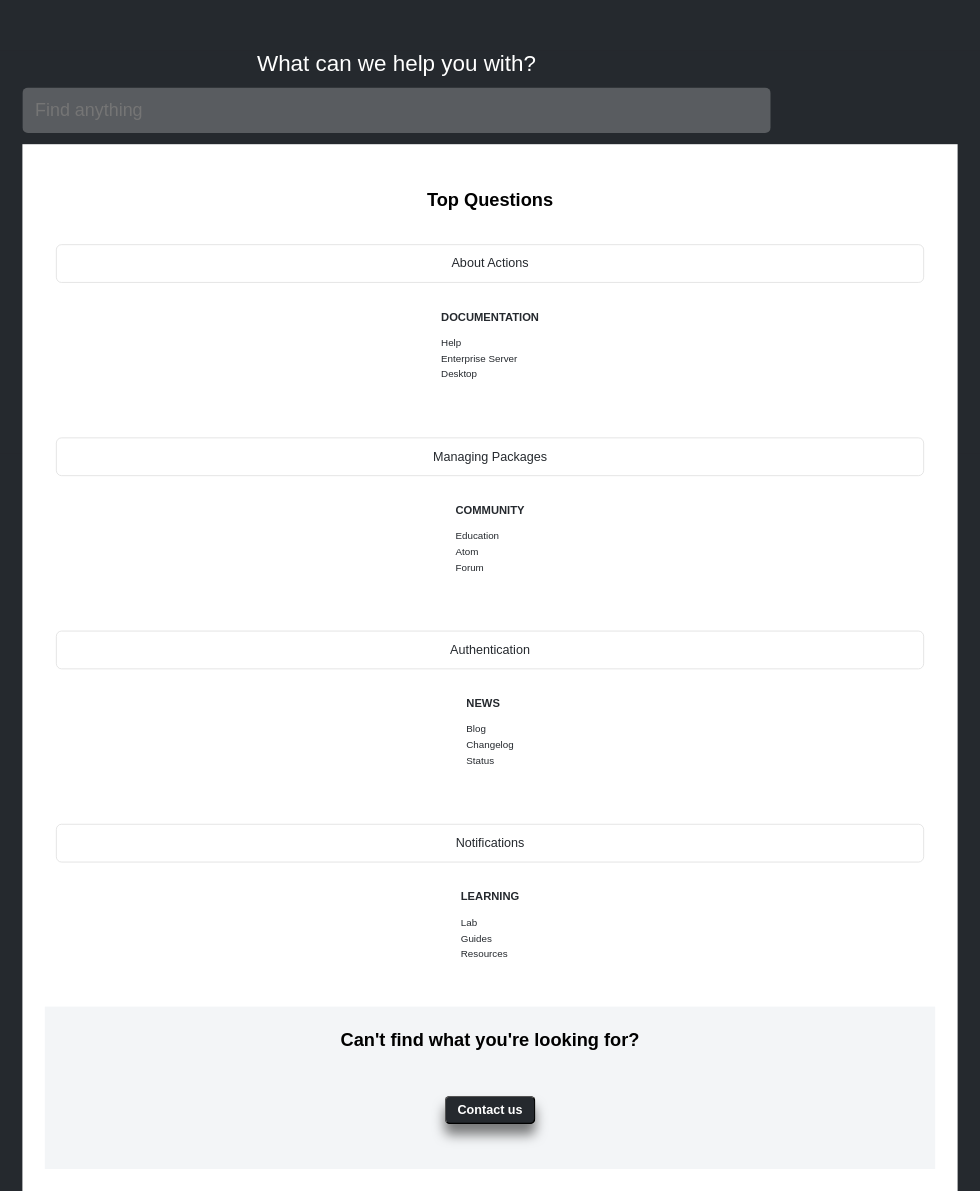
Repository: Hcmwebs/Help-Center-UI-
Page: index.html
An editor plug-in stored every save of this project. The page is shown before and after the next save, followed by the edit.
The browser window is 1280 px wide. The page is 1400 px wide, so the pictures cover 1400 px, including what lies to the right of the window. The pictures show the whole page, at 70% of full size.
The style sheet was rebuilt from its Sass, Less or Tailwind sources for each picture, by a compiler version that may differ from the author's.

Above is the page before, as saved 2020-08-26 01:25:26.

### index.html
<!DOCTYPE html>
<html lang="en">
<head>
    <meta charset="UTF-8">
    <meta name="viewport" content="width=device-width, initial-scale=1.0">
    <link rel="stylesheet" href="css/styles.min.css">
    <title>Help Center</title>
</head>
<body>
    <div class="container">
        <header>
            <h1>What can we help  you with?</h1>
            <input type="search"
            id="search"
            placeholder="Find anything">
        </header>


        <!-- *******card****** -->
        <div class="card">
            <!--****card-header**** -->
            <h2> Top Questions</h2>

            <!--****card-body**** -->

            <div class="card-item">
                <div class="card-item-head">
                    <h3>About Actions</h3>
                </div>
                <div class="card-item-body">
                    <h4>documentation</h4>
                    <ul>
                        <li>Help</li>
                        <li>Enterprise Server</li>
                        <li>Desktop</li>
                    </ul>
                </div>
            </div>

            <div class="card-item">
                <div class="card-item-head">
                    <h3>Managing Packages</h3>
                </div>
                <div class="card-item-body">
                    <h4>Community</h4>
                    <ul>
                        <li>Education</li>
                        <li>Atom</li>
                        <li>Forum</li>
                    </ul>
                </div>
            </div>

            <div class="card-item">
                <div class="card-item-head">
                    <h3>Authentication</h3>
                </div>
                <div class="card-item-body">
                    <h4>news</h4>
                    <ul>
                        <li>Blog</li>
                        <li>Changelog</li>
                        <li>Status</li>
                    </ul>
                </div>
            </div>

            <div class="card-item">
                <div class="card-item-head">
                    <h3>Notifications</h3>
                </div>
                <div class="card-item-body">
                    <h4>Learning</h4>
                    <ul>
                        <li>Lab</li>
                        <li>Guides</li>
                        <li>Resources</li>
                    </ul>
                </div>
            </div>


            <!--****card--footer**** -->
            <div class="card-footer">
                <h2>Can't find what you're looking for? </h2>
                <button class="btn-primary">Contact us</button>
            </div>

        </div>
    </div>
</body>
</html>

### scss/styles.scss

@import'config';
@import'utilities';

*{
    margin: 0;
    padding: 0;
    box-sizing: border-box;
}

body{
    font-family: $font-stack;
    font-size: 10px;
    background-color:$bg-color;
    display: grid;
    place-items: center;
    height: 100vh;
    width: 100%;
}
h1{
    font-size: 32px;
    font-weight: 500;
    margin-bottom: 1rem;
    color: $primary-color;
}

h2{
    text-align: center;
    font-size: 26px;
    margin: 1rem 0;
    padding: 1rem;
}
header{
    text-align: center;
    margin-bottom: 1rem;

    input{
        font-size: 1.6rem;
        width: 100%;
        padding: 1rem;
        color:$primary-color;
        background-color:rgba(255,255,255,0.24);
        border: 2px solid transparent;
        border-radius: 0.5rem;
        transition: all 0.75s ease-in;

        input:placeholder{
            width: 80%;
            margin: 0 auto;
            text-align: center;
        }

    }
    input:hover{
        border-color: $border-color;
    }

}
.card{
    width: 100%;
    background-color: #fff;
    padding: 2rem;

    &-item{
        width: 100%;
        margin-bottom: 2rem;
        text-align: center;
        display: grid;
        grid-template-columns: 1fr;
        gap: 0.5rem;
        padding: 1rem;


        &-head{
            padding: 1rem;
            border: 1px solid $border-color;
            border-radius: 0.5rem;


            h3{
                font-size: 18px;
                font-weight: normal;
                text-align: center;
                color: $bg-color;
            }
        }

        &-body{
            margin: 0 auto;
            padding: 1rem;

            h4{

                font-size: 16px;
                font-weight: bold;
                text-align: justify;
                text-transform: uppercase;
                color: $bg-color;
                padding: 1rem 0;
            }

            ul{
                list-style: none;
                margin: 0;
                padding: 0;


                li{
                    font-size: 14px;
                    font-weight: normal;
                    color: $bg-color;
                    padding:0.2rem 0;
                    text-align: justify;
                    text-transform: capitalize;

                }
            }


        }
    }

    &-footer{
        width: 100%;
        background-color:$footer-bg-color;
        display: flex;
        flex-direction: column;
        justify-content: center;
        align-items: center;
        padding-bottom: 2rem;

        button{
            font-size: 18px;
            font-weight: bold;
            margin: 2rem;
            padding: 0.5rem 1rem;
            border-radius: 0.5rem;
            color:$primary-color;
            background-color:$bg-color;
            box-shadow:0 15px 17px $btn-shadow-color ;
        }
    }
}

@import'medias';

@media(min-width:700px){
    .container{
        width: 1400px;
        height: 80vh;

        header{
            width:80%;
        }

    }

}

### scss/config.scss
$font-stack:'IBM Plex Sans', sans-serif;
$bg-color:rgba(37,41,46,1.0);
$primary-color:rgba(255,255,255,1);
$border-color:rgba(218,218,218,1);
$footer-bg-color:rgba(243,245,247,1);
$btn-shadow-color: rgba(0,0,0,0.5);

### scss/_utilities.scss

.container{
    width: 100%;
    padding: 0 2rem ;
    background-color:$bg-color;

}

Loaded but not shown: scss/_medias.scss (no stored copy; drawn as an empty file)

After the next save:
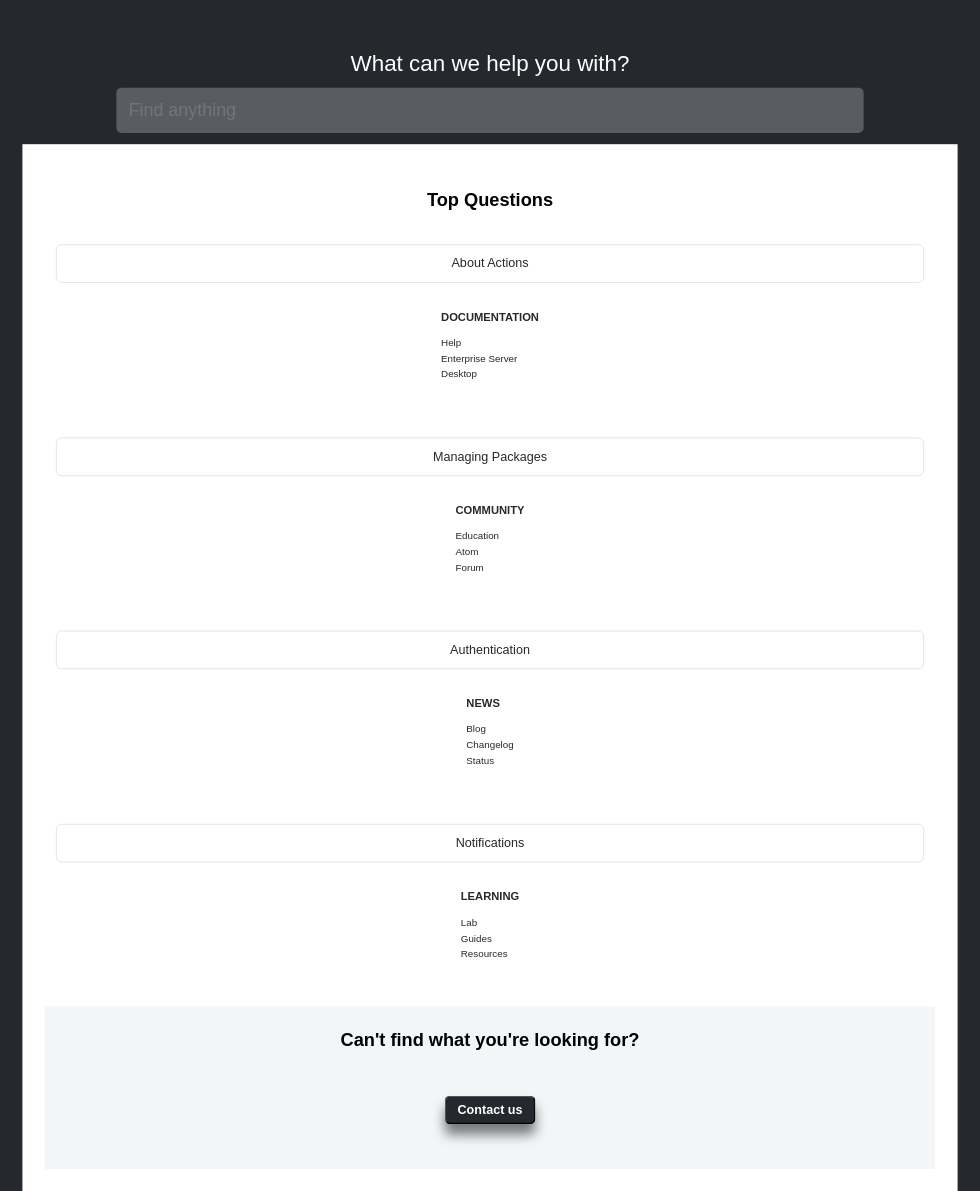
Saved 87 s later.
--- a/scss/styles.scss
+++ b/scss/styles.scss
@@ -148,6 +148,8 @@ header{
     .container{
         width: 1400px;
         height: 80vh;
+        display: grid;
+        place-items: center;
 
         header{
             width:80%;
